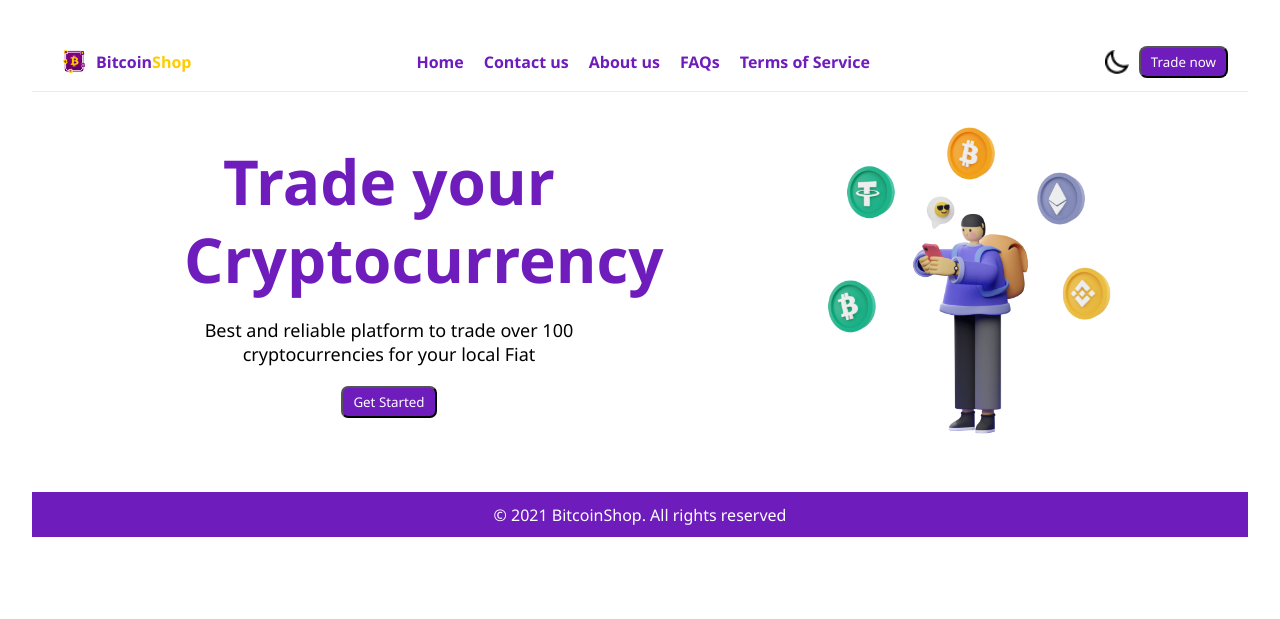
Repository: akinmiday/bitcoinshop-website
Page: /
The author's editor kept a copy of each file at every save. The page is drawn from the files as they stood at one save, then again after the next save.
The browser window is 1280 px wide. The pictures show the whole page.
The project was rebuilt for these pictures with package versions that can differ from the ones it lists, and the page was loaded fresh each time. Also part of the build but not shown: vite.config.js.

Above is the page before, as saved 2023-07-10 16:04:52.

After the next save:
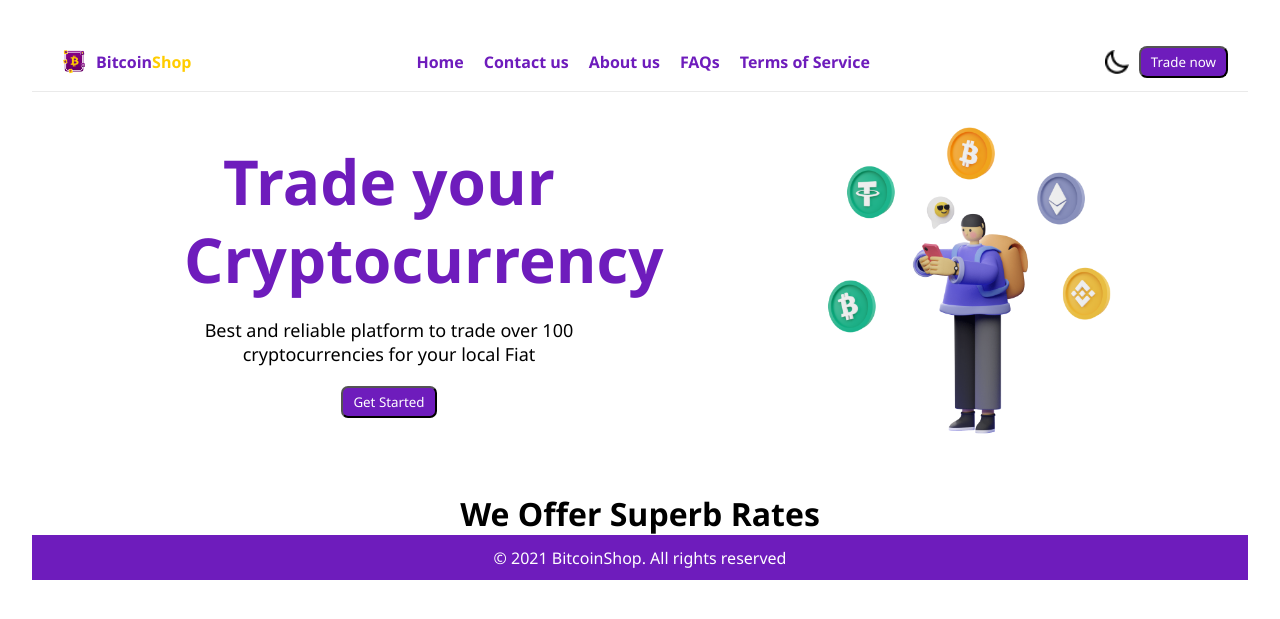
Saved 40 s later.
--- a/src/components/layout.jsx
+++ b/src/components/layout.jsx
@@ -3,12 +3,14 @@
 import Header from "./header";
 import Footer from "./footer";
 import TitlePage from "../pages/title";
+import Rates from "../pages/rates";
 
 export default function Layout() {
     return (<>
         <Header />
         <main>
             <Outlet />
+            <Rates />
         </main>
         <Footer />
     </>)

After the save that followed:
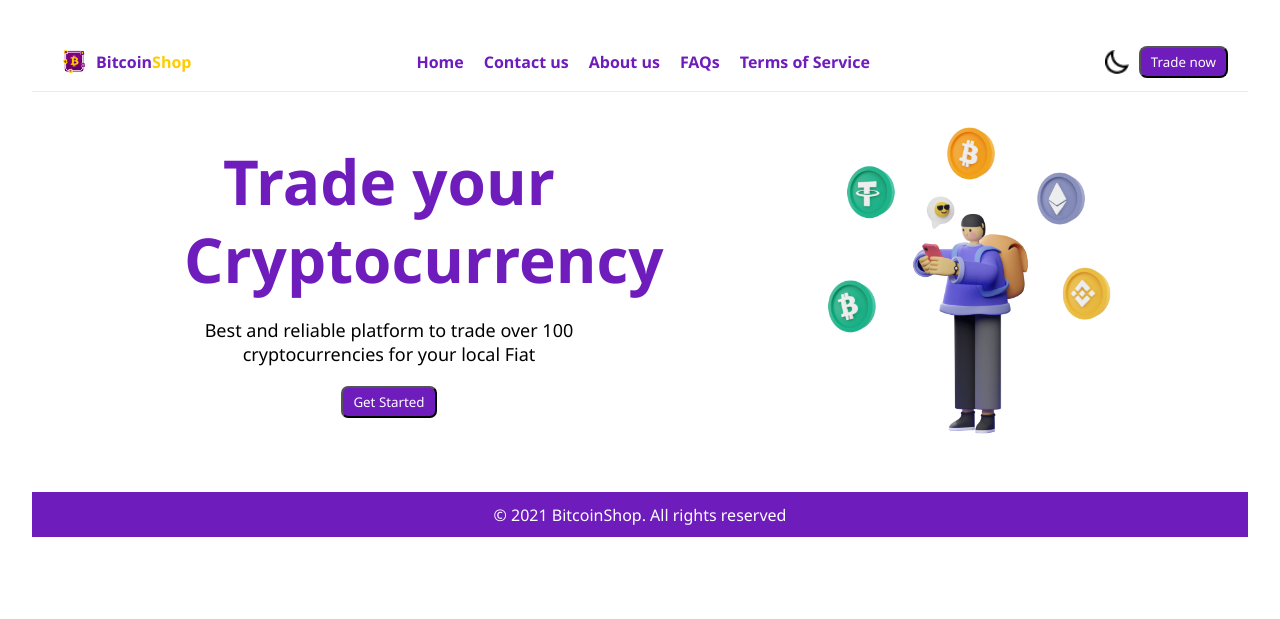
Saved 6 s later.
--- a/src/components/layout.jsx
+++ b/src/components/layout.jsx
@@ -10,7 +10,6 @@
         <Header />
         <main>
             <Outlet />
-            <Rates />
         </main>
         <Footer />
     </>)
